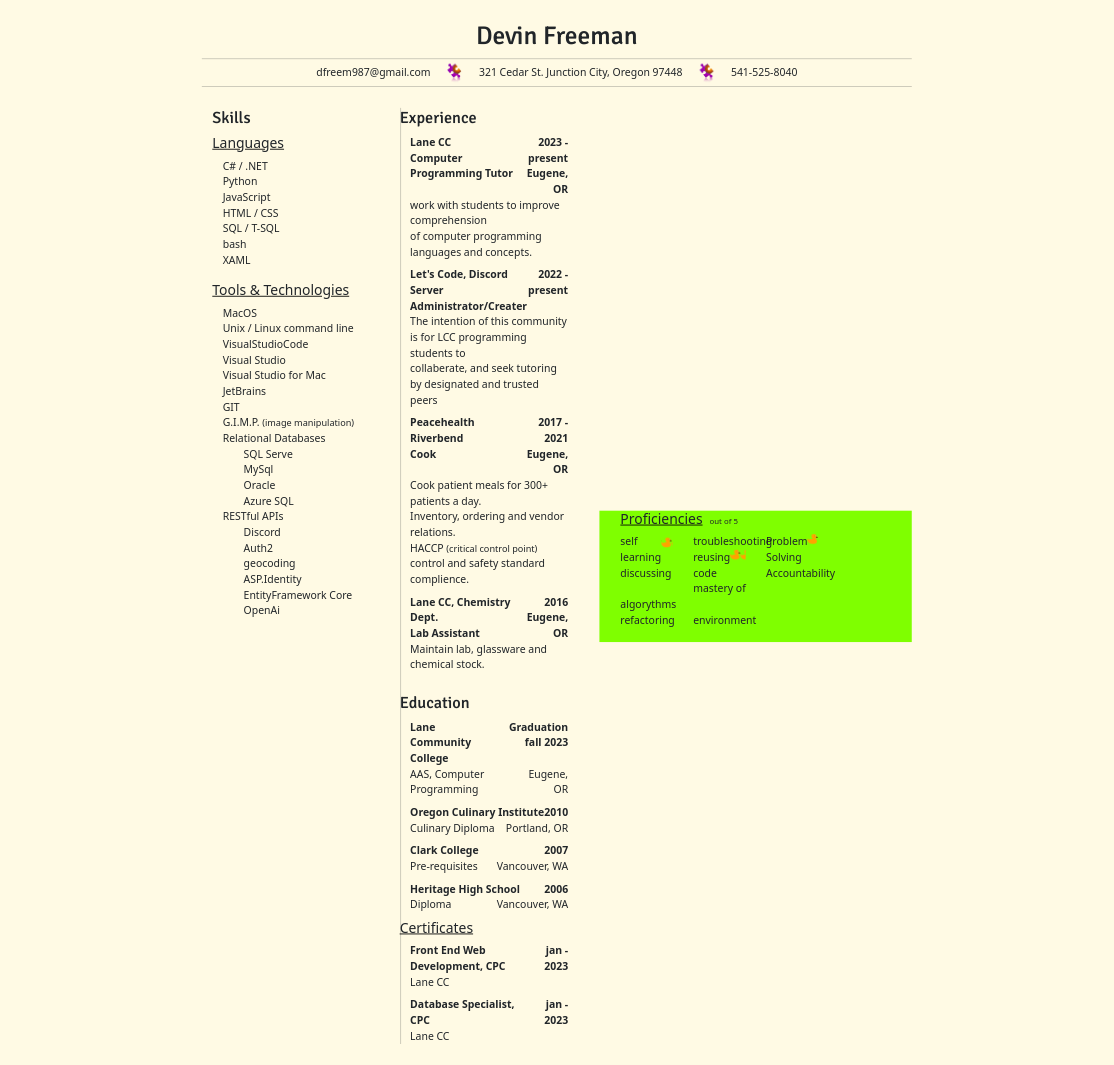
Repository: Dfreem/Resume
Page: index.html
These files come from the project's save history. The page is drawn as it stood at one moment and after the next save; the edit follows.
The browser window is 1280 px wide. The pictures show the whole page, at 87% of full size.

Above is the page before, as saved 2023-02-13 13:16:12.

### index.html
<!DOCTYPE html>
<html lang="en">

<head>
    <meta charset="UTF-8">
    <meta http-equiv="X-UA-Compatible" content="IE=edge">
    <meta name="viewport" content="width=device-width, initial-scale=1.0">
    <link href="https://cdn.jsdelivr.net/npm/bootstrap@5.3.0-alpha1/dist/css/bootstrap.min.css" rel="stylesheet"
        integrity="sha384-GLhlTQ8iRABdZLl6O3oVMWSktQOp6b7In1Zl3/Jr59b6EGGoI1aFkw7cmDA6j6gD" crossorigin="anonymous">
    <link href="resume.css" rel="stylesheet" />
    <title>Devin Freeman</title>
</head>

<body>

    <h1>Devin Freeman</h1>
    <hr />

    <!-- ========= banner ========= -->

    <div class="personal-info">
        dfreem987@gmail.com
        &emsp;
        <span><img src="puzzle.png" class="puzzle-piece"></img></span>
        &emsp;
        321 Cedar St. Junction City, Oregon 97448
        &emsp;
        <span><img src="puzzle.png" class="puzzle-piece"></img></span>
        &emsp;
        541-525-8040
        <!-- &nbsp;freemand@my.lanecc.edu -->
    </div>
    <hr />
    <!-- ========= Skills start ========= -->

    <div class="hstack">
        <div class="vstack skill-stack">
            <h2>Skills</h2>

            <!-- ========= programming language list ========= -->

            <ul class="skill">
                <div class="d-flex flex-row flex-nowrap">
                    <h3>Languages</h3>
                </div>
                <li class="d-flex flex-row flex-nowrap">
                    C# / .NET</li>
                <li class="d-flex flex-row flex-nowrap">
                    Python</li>
                <li class="d-flex flex-row flex-nowrap">
                    JavaScript</li>
                <li class="d-flex flex-row flex-nowrap">
                    HTML / CSS</li>
                <li class="d-flex flex-row flex-nowrap">
                    SQL / T-SQL</li>
                <li class="d-flex flex-row flex-nowrap">
                    bash</li>
                <li class="d-flex flex-row flex-nowrap">
                    XAML</li>
            </ul>
            <ul class="skill">
                <div>
                    <h3>Tools & Technologies</h3>
                </div>
                <li>MacOS</li>
                <li>Unix / Linux command line</li>
                <li>VisualStudioCode</li>
                <li>Visual Studio</li>
                <li>Visual Studio for Mac</li>
                <li>JetBrains </li>
                <li>GIT</li>
                <li>G.I.M.P. <small>(image manipulation)</small></li>
                <li>
                    <ul>
                        Relational Databases
                        <li class="ms-4">SQL Serve</li>
                        <li class="ms-4">MySql</li>
                        <li class="ms-4">Oracle</li>
                        <li class="ms-4">Azure SQL</li>
                    </ul>
                </li>
                <li>
                    <ul>
                        RESTful APIs
                        <li class="ms-4">Discord</li>
                        <li class="ms-4">Auth2</li>
                        <li class="ms-4">geocoding</li>
                        <li class="ms-4">ASP.Identity</li>
                        <li class="ms-4">EntityFramework Core</li>
                        <li class="ms-4">OpenAi</li>
                    </ul>
                </li>
                <li>

                </li>
                <li>

                </li>
            </ul>

            <!-- ========= Soft Skills ========= -->


            <!-- ========= Professional References ========= -->

            <!-- <hr class="my-3" />
                <h3>References</h3>
                <dl class="profs me-2">
                    <dt class="d-flex flex-row flex-nowrap">
                        Bryce Fisher
                        <div class="push-right">
                            Lane CC, 2022
                        </div>
                    </dt>
                    <dd>
                        <b>collaborator / school colleague</b><br />
                        360-913-4165 <br />
                        bryce.e.fisher@gmail.com.
                    </dd>
                </dl>

                <dl class="profs me-2">
                    <dt class="d-flex flex-row flex-nowrap">
                        Ben Wilson
                        <div class="push-right">
                            Lane CC, 2022
                    </div>
                </dt>
                <dd>
                    <b>school colleague / tutee</b><br />
                    541-870-0555<br />
                    benosliw@gmail.com
                </dd>
            </dl>

            <dl class="profs me-2">
                <dt class="d-flex flex-row flex-nowrap">
                    Paul Frost
                    <div class="push-right">
                        Lane CC, 2022
                    </div>
                </dt>
                <dd>
                    <b>school colleague / tutee</b><br />
                    458-210-0711<br />
                    workpaulfrost@gmail.com<br />

                </dd>
            </dl> -->
        </div>
        <div class="vr my-4"></div>
        <div class="vstack work-stack">

            <!-- ========= Most Recent Work History ========= -->

            <dl class="work-history mt-4">
                <h2>Experience</h2>

                <!-- ========== Experience ========== -->

                <div class="container work-container">
                    <dt class="d-flex flex-nowrap flex-row">
                        Lane CC
                        <br />
                        Computer Programming Tutor
                        <div class="push-right">
                            2023 - present
                            <br />
                            Eugene, OR
                        </div>
                    </dt>
                    <dd class="ed-details">
                        work with students to improve comprehension <br /> of computer programming languages and
                        concepts.
                    </dd>
                </div>

                <div class="container work-container">
                    <dt class="d-flex flex-nowrap flex-row">
                        Let's Code, Discord Server<br />
                        Administrator/Creater
                        <div class="push-right">2022 - present</div>
                    </dt>
                    <dd class="ed-title">
                        The intention of this community is for LCC programming students to<br />
                        collaberate, and seek tutoring by designated and trusted peers
                    </dd>
                </div>
                <!-- ========== work history slot 2 ========== -->
                <div class="container work-container">
                    <dt class="d-flex flex-nowrap flex-row">
                        Peacehealth Riverbend
                        <br />
                        Cook
                        <div class="push-right">
                            2017 - 2021
                            <br />
                            Eugene, OR
                        </div>
                    </dt>
                    <dd class="ed-details">
                        Cook patient meals for 300+ patients a day. <br />
                        Inventory, ordering and vendor relations. <br />
                        HACCP <small>(critical control point)</small><br />
                        control and safety standard complience. <br />
                    </dd>
                </div>

                <!-- ========== work history slot 3 ========== -->
                <!--
                    <div class="container work-container">
                        <dt class="d-flex flex-nowrap flex-row">
                            McMenamins
                            <br />
                            Assistant kitchen manager
                            <div class="push-right">
                                2011-2013
                                <br />
                                Portland, OR
                                <br />
                            </div>
                        </dt>
                        <dd class="ed-details">
                            Staff management. Food order expeditor. <br />
                            Proficient in all stations including Pizza Kitchen.
                        </dd>
                    </div> -->

                <!-- ========== work history slot 3 ========== -->

                <div class="container work-container">
                    <dt class="d-flex flex-nowrap flex-row">
                        Lane CC, Chemistry Dept.
                        <br />
                        Lab Assistant
                        <div class="push-right">
                            2016
                            <br />
                            Eugene, OR
                        </div>
                    </dt>
                    <dd class="ed-details">Maintain lab, glassware and chemical stock.</dd>
                </div>
            </dl>

            <!-- ========== Education Start ========== -->

            <dl class="education">
                <h2>Education</h2>

                <!-- ========== Education slot 1 ========== -->

                <div class="container work-container">
                    <dt class="d-flex flex-nowrap flex-row">
                        <div class="ed-title">Lane Community College</div>
                        <div class="push-right">Graduation fall 2023</div>
                    </dt>
                    <dd class="d-flex flex-nowrap flex-row">
                        <div class="ed-title">AAS, Computer Programming </div>
                        <span class="push-right"> Eugene, OR </span>
                    </dd>
                </div>

                <!-- ========== Education slot 2 ========== -->

                <div class="container work-container">
                    <dt class="d-flex flex-nowrap flex-row">
                        <div class="ed-title">Oregon Culinary Institute</div>
                        <span class="push-right">2010</span>
                    </dt>
                    <dd class="d-flex flex-nowrap flex-row">
                        <div class="ed-title">Culinary Diploma</div>
                        <span class="push-right">Portland, OR</span>
                    </dd>
                </div>

                <!-- ========== Education slot 3 ========== -->

                <div class="container work-container">
                    <dt class="d-flex flex-nowrap flex-row">
                        <div class="ed-title">Clark College</div>
                        <span class="push-right">2007</span>
                    </dt>
                    <dd class="d-flex flex-nowrap flex-row">
                        <div class="ed-title">Pre-requisites</div>
                        <span class="push-right">Vancouver, WA</span>
                    </dd>
                </div>

                <!-- ========== Education slot 4 ========== -->

                <div class="container work-container">
                    <dt class="d-flex flex-nowrap flex-row">
                        <div class="ed-title">Heritage High School</div>
                        <span class="push-right">2006</span>
                    </dt>
                    <dd class="d-flex flex-nowrap flex-row">
                        <div class="ed-title">Diploma</div>
                        <span class="push-right">Vancouver, WA</span>
                    </dd>
                </div>
                <!-- ========= Certifications ========= -->


                <h3>Certificates</h3>
                <div class="container work-container">
                    <dt class="d-flex flex-row flex-nowrap">
                        <div class="ed-title">Front End Web Development, CPC</div>
                        <span class="push-right">jan - 2023</span>
                    </dt>
                    <dd>Lane CC</dd>
                </div>

                <div class="container work-container">
                    <dt class="d-flex flex-row flex-nowrap">
                        <div class="ed-title">Database Specialist, CPC </div>
                        <span class="push-right">jan - 2023</span>
                    </dt>
                    <dd>Lane CC
                    </dd>
                </div>
            </dl>
            <!-- <hr /> -->
        </div>
        <div class="row container mx-auto profs ">
            <div class="d-flex flex-row flex-nowrap mx-auto">

                <h3>Proficiencies</h3>
            <div class="ms-2">
                <sub>out of 5</sub>
            </div>

        </div>
        <div class="col-3">
            <ul>
                <li class="d-flex flex-row flex-nowrap">
                    self learning<div class="push-right five"></div>
                </li>
                <li class="d-flex flex-row flex-nowrap">
                    discussing <br />&emsp;algorythms<div class="push-right five"></div>
                </li>
                <li class="d-flex flex-row flex-nowrap">
                    refactoring<div class="push-right three"></div>
                </li>
            </ul>
        </div>
        <div class="col-3">

            <ul>
                <li class="d-flex flex-row flex-nowrap">
                    troubleshooting<div class="push-right four"></div>
                </li>
            </class=>
            <li class="d-flex flex-row flex-nowrap">
                reusing code<div class="push-right three"></div>
            </li>
                <li class="d-flex flex-row flex-nowrap">
                    mastery of <br />&emsp; environment<div class="push-right four">
                    </div>
                </li>
            </ul>
        </div>
        <div class="col-3">
            <ul>
                <li class="d-flex flex-row flex-nowrap">
                    Problem Solving<div class="push-right four"></div>
                </li>
                <li class="d-flex flex-row flex-nowrap">
                    Accountability<div class="push-right four"></div>
                </li>
            </ul>
        </div>
    </div>

</body>
<script src="https://cdn.jsdelivr.net/npm/bootstrap@5.3.0-alpha1/dist/js/bootstrap.bundle.min.js"
    integrity="sha384-w76AqPfDkMBDXo30jS1Sgez6pr3x5MlQ1ZAGC+nuZB+EYdgRZgiwxhTBTkF7CXvN"
    crossorigin="anonymous"></script>

</html>

### resume.css
@import url('https://fonts.googleapis.com/css2?family=Raleway:ital,wght@0,500;0,700;0,800;1,500&family=Signika:wght@400;500;700&display=swap');

/*
font-family: 'Raleway', sans-serif;
font-family: 'Signika', sans-serif;
*/
body {
    /* padding-inline: 0.5in; */
    padding-block-start: 2em;
    margin: auto;
    margin-bottom:0.5in;
    max-width: 8.5in;
    min-width: 8.5in;
    max-height: 11in;
    font-size: 12px;
    background-color: rgb(255, 250, 228);
}

.personal-info {
    text-align: center;
    margin-bottom: 0;
}

h1 {
    font-family: 'Signika', sans-serif;
    text-align: center;
    font-size: 22pt;
    letter-spacing: 105%;
}

h2 {
    font-family: 'Signika', sans-serif;
    font-size: 14pt;
    margin-block-start: 0;
}

h3 {
    font-size: 12pt;
    width: fit-content;
    text-decoration: underline solid black;
}

h4 {
    font-size: 12pt;
}

.puzzle-piece {
    width: 1.6em;
    margin-block: .3em;
}

.work-history {
    min-width: 90%;
    align-self: flex-end;
    margin-inline-end: 2em;
}

.seperater {
    position: relative;
    right: -35%;
    height:25px;
}

.education {
    align-self: flex-end;
    margin-inline-end: 2em;
    width: 90%;
}

.skill-stack {
    min-width:25%;
    max-width: 25%;
    margin-inline:1em;
    margin-block-end: 1em;
    margin-top: 2em;
    height: fit-content;
    /* background-color: chartreuse; */
}

.push-right {
    margin-inline-start: auto;
    text-align: right;
}

.profs {
    font-size: 12px;
    position:relative;
    background-color: chartreuse;
    width:fit-content;
    /* margin:auto; */
}

.five {
    background-image: url("ducky.png");
    background-size: 12px;
    background-repeat: repeat-x;
    width:60px;
    background-position: 0 4px;
 }

.four {
    background-image: url("ducky.png");
    background-size: 12px;
    background-repeat: repeat-x;
    width:48px;
    /* background-position: ; */
}

.three {
    background-image: url("ducky.png");
    background-size: 12px;
    background-repeat: repeat-x;
    width:36px;
 }
.two {
    background-image: url("ducky.png");
    background-size: 12px;
    background-repeat: repeat-x;
    width:24px;
 }

 .skill > li {
    text-indent: 1em;
 }

hr {
    margin-block: 0;
}

ul {
    padding-Inline: 0;
}

li {
    list-style: none;
}

After the next save:
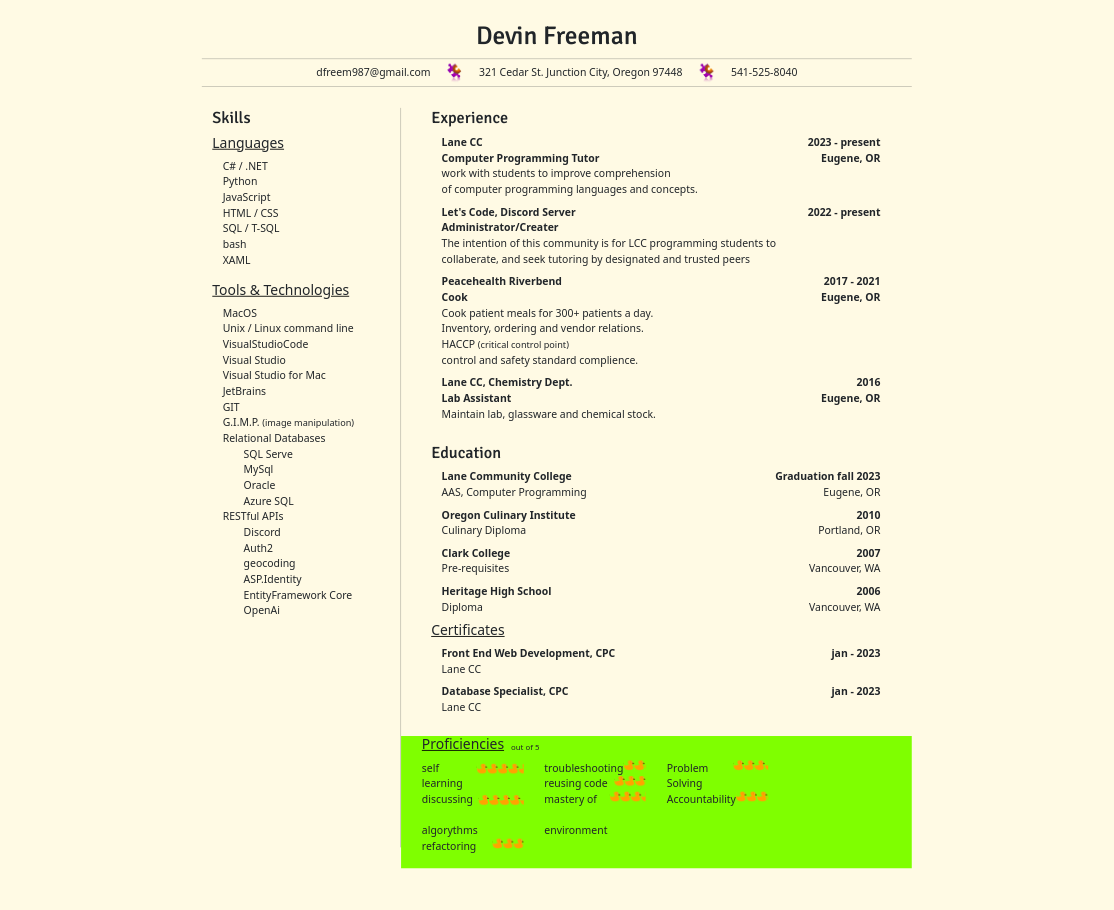
Saved 8 s later.
--- a/index.html
+++ b/index.html
@@ -321,11 +321,10 @@
                 </div>
             </dl>
             <!-- <hr /> -->
-        </div>
-        <div class="row container mx-auto profs ">
-            <div class="d-flex flex-row flex-nowrap mx-auto">
-
-                <h3>Proficiencies</h3>
+            <div class="row container mx-auto profs ">
+                <div class="d-flex flex-row flex-nowrap mx-auto">
+
+                    <h3>Proficiencies</h3>
             <div class="ms-2">
                 <sub>out of 5</sub>
             </div>
@@ -354,22 +353,23 @@
             <li class="d-flex flex-row flex-nowrap">
                 reusing code<div class="push-right three"></div>
             </li>
-                <li class="d-flex flex-row flex-nowrap">
-                    mastery of <br />&emsp; environment<div class="push-right four">
-                    </div>
-                </li>
-            </ul>
-        </div>
-        <div class="col-3">
-            <ul>
-                <li class="d-flex flex-row flex-nowrap">
-                    Problem Solving<div class="push-right four"></div>
-                </li>
-                <li class="d-flex flex-row flex-nowrap">
-                    Accountability<div class="push-right four"></div>
-                </li>
-            </ul>
-        </div>
+            <li class="d-flex flex-row flex-nowrap">
+                mastery of <br />&emsp; environment<div class="push-right four">
+                </div>
+            </li>
+        </ul>
+    </div>
+    <div class="col-3">
+        <ul>
+            <li class="d-flex flex-row flex-nowrap">
+                Problem Solving<div class="push-right four"></div>
+            </li>
+            <li class="d-flex flex-row flex-nowrap">
+                Accountability<div class="push-right four"></div>
+            </li>
+        </ul>
+    </div>
+</div>
     </div>
 
 </body>
